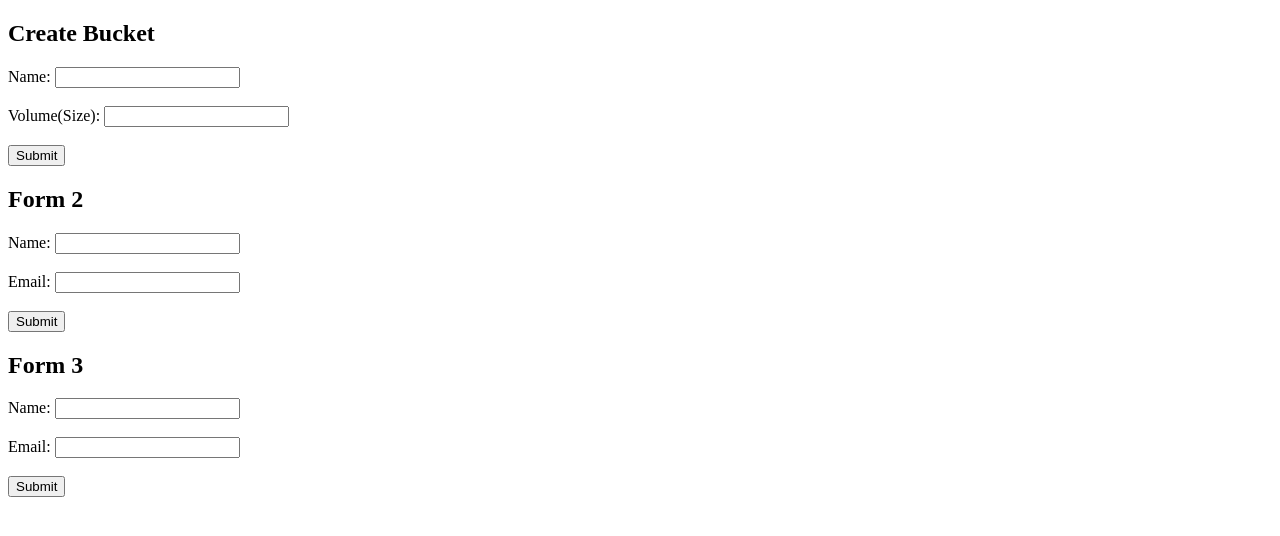
Repository: RajatPalankar8/nodejs_bucket_ball_task_new
Page: http://localhost/
These files come from the project's save history. The page is drawn as it stood at one moment and after the next save; the edit follows.
The browser window is 1280 px wide. The pictures show the whole page.
The page is served by the project's Node server (index.js).

Above is the page before, as saved 2023-07-17 10:17:25.
Console error: ReferenceError: handleSubmit is not defined

After the next save:
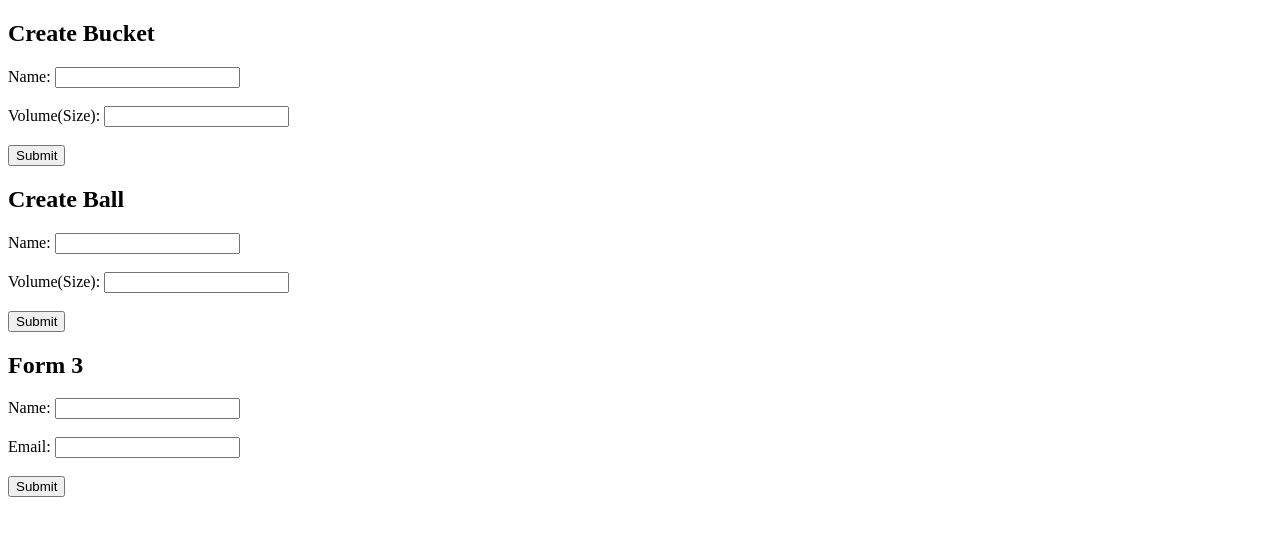
Saved 20 s later.
--- a/views/index.ejs
+++ b/views/index.ejs
@@ -15,13 +15,13 @@
   </form>
 
   <form id="form2">
-    <h2>Form 2</h2>
-    <label for="name2">Name:</label>
-    <input type="text" id="name2" name="name2" required><br><br>
-    <label for="email2">Email:</label>
-    <input type="email" id="email2" name="email2" required><br><br>
+    <h2>Create Ball</h2>
+    <label for="name1">Name:</label>
+    <input type="text" id="name" name="name" required><br><br>
+    <label for="email1">Volume(Size):</label>
+    <input type="text" id="vol" name="vol" required><br><br>
     <input type="submit" value="Submit">
-    <p id="form2-response"></p>
+    <p id="form1-response"></p>
   </form>
 
   <form id="form3">
